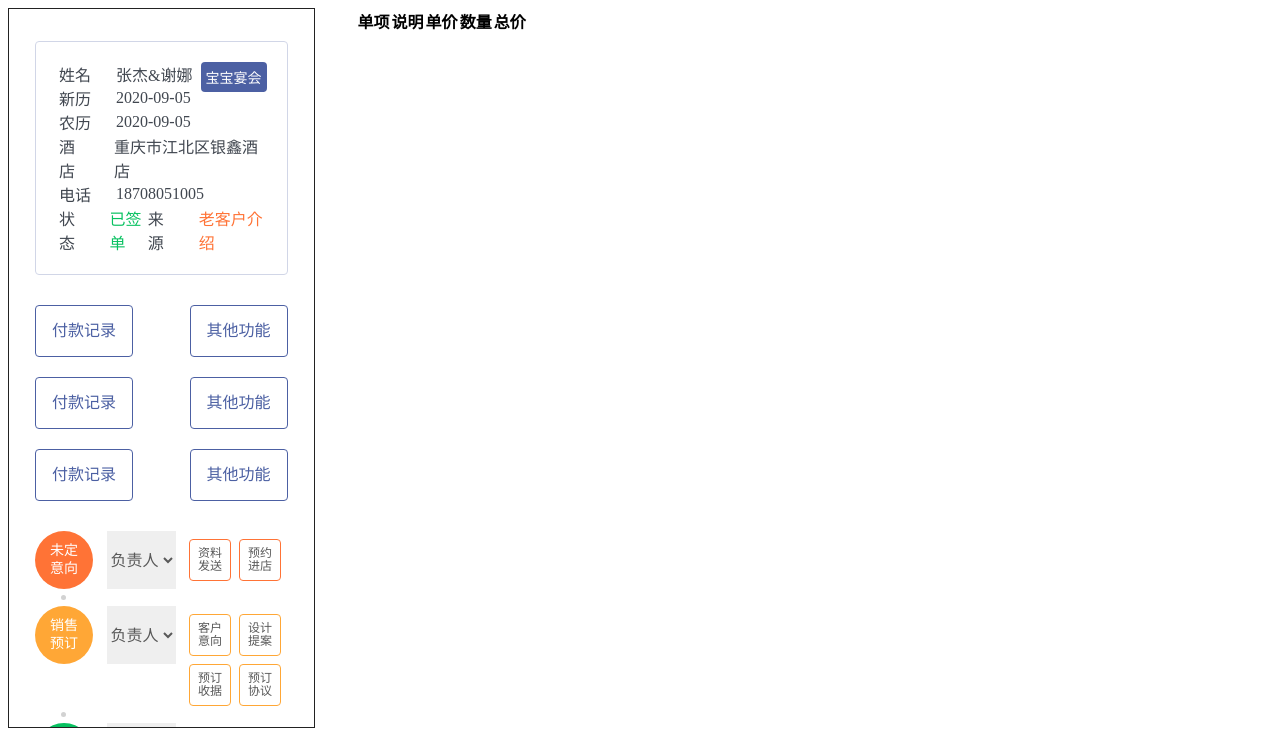
Repository: Lairuola/wedding-1
Page: index.html
These files come from the project's save history. The page is drawn as it stood at one moment and after the next save; the edit follows.
The browser window is 1280 px wide. The pictures show the whole page.

Above is the page before, as saved 2020-12-24 15:33:57.

### index.html
<!--
 * @Author       : 濑若拉
 * @Date         : 2020-12-17 10:22:14
 * @LastEditors  : 濑若拉
 * @LastEditTime : 2020-12-24 15:33:57
 * @FilePath     : /slidebar/index.html
-->


<!DOCTYPE html>
<html lang="en">

<head>
  <meta charset="UTF-8">
  <meta name="viewport" content="width=device-width, initial-scale=1.0">
  <title>Document</title>
  <style>
    .slide-left {
      width: 402px;
      height: 100vh;
      box-sizing: border-box;
      padding: 32px 26px;
      overflow-y: auto;
      display: flex;
      flex-direction: column;
      align-items: center;
      border: 1px solid #222;
    }

    .info {
      width: 100%;
      height: 328px;
      display: flex;
      flex-direction: column;
      justify-content: space-between;
      padding: 20px 23px;
      position: relative;
      box-sizing: border-box;
      border-radius: 4px;
      border: solid 1px #d1d6e7;
    }

    .info .row {
      width: 100%;
      display: flex;
      font-size: 16px;
      color: #414750;
      flex-direction: row;
      align-items: center;
    }

    .info .row .label,
    .info .end-row .item .label {
      margin-right: 25px;
    }

    .info .end-row {
      width: 100%;
      display: flex;
      flex-direction: row;
      align-items: center;
      justify-content: space-between;
      font-size: 16px;
      color: #414750;
    }

    .info .end-row .item {
      display: flex;
      flex-direction: row;
      align-items: center;
      font-size: 16px;
      color: #414750;
    }

    .info .info-tag {
      padding: 5px;
      background-color: #4c60a3;
      border-radius: 4px;
      font-size: 14px;
      color: #fff;
      position: absolute;
      top: 20px;
      right: 20px;
    }

    .btn-area {
      width: 100%;
      display: flex;
      flex-direction: row;
      align-items: center;
      justify-content: space-between;
      flex-wrap: wrap;
      margin-top: 10px;
      margin-bottom: 30px;
    }

    .btn-area .btn {
      width: 96px;
      height: 50px;
      background-color: #ffffff;
      border-radius: 4px;
      border: solid 1px #4c60a3;
      font-size: 16px;
      color: #4c60a3;
      text-align: center;
      line-height: 50px;
      margin-top: 20px;
    }

    .bot-area {
      width: 100%;
      display: flex;
      flex-direction: column;
    }

    .bot-area .item {
      width: 100%;
      display: flex;
      flex-direction: row;
      position: relative;
      padding-bottom: 17px;
    }

    .bot-area .item .circle {
      width: 58px;
      height: 58px;
      color: #fff;
      border-radius: 100%;
      display: flex;
      align-items: center;
      justify-content: center;
    }

    .bot-area .item .circle .text {
      width: 28px;
      height: 36px;
      font-size: 14px;
      line-height: 18px;
    }

    .bot-area .item .select-wrap {
      width: 96px;
      text-align: center;
    }

    .bot-area .item .select-wrap .bot-select {
      border: none;
      outline: none;
      color: #595959;
      font-size: 16px;
      height: 58px;
    }

    .bot-area .item .btn-row {
      flex: 1;
      display: flex;
      flex-direction: row;
      flex-wrap: wrap;
      margin-right: -8px;
    }

    .bot-area .item .btn-row .btn {
      width: 40px;
      height: 40px;
      border-radius: 4px;
      margin-right: 8px;
      border: 1px solid;
      display: flex;
      align-items: center;
      justify-content: center;
      margin-top: 8px;
      color: #595959;
    }

    .bot-area .item .btn-row .btn .word {
      width: 24px;
      height: 26px;
      font-size: 12px;
      line-height: 13px;
      letter-spacing: 0px;
    }

    .bot-area .item .dot {
      width: 5px;
      height: 5px;
      background-color: #d2d2d2;
      border-radius: 100%;
      position: absolute;
      bottom: 6px;
      left: 26px;
    }

    .bot-area .item .btn-row .btn.orange {
      border-color: #ff7336;
    }

    .bot-area .item .btn-row .btn.orange:hover {
      background-color: #ff7336;
      color: #fff;
    }

    .bot-area .item .btn-row .btn.yellow {
      border-color: #ffa736;
    }

    .bot-area .item .btn-row .btn.yellow:hover {
      background-color: #ffa736;
      color: #fff;
    }

    .bot-area .item .btn-row .btn.green {
      border-color: #07c160;
    }

    .bot-area .item .btn-row .btn.green:hover {
      background-color: #07c160;
      color: #fff;
    }

    .bot-area .item .btn-row .btn.aqua {
      border-color: #0bc8cb;
    }

    .bot-area .item .btn-row .btn.aqua:hover {
      background-color: #0bc8cb;
      color: #fff;
    }

    .bot-area .item .btn-row .btn.blue {
      border-color: #3d9bfb;
    }

    .bot-area .item .btn-row .btn.blue:hover {
      background-color: #3d9bfb;
      color: #fff;
    }

    .bot-area .item .btn-row .btn.cornflowerblue {
      border-color: #4c60a3;
    }

    .bot-area .item .btn-row .btn.cornflowerblue:hover {
      background-color: #4c60a3;
      color: #fff;
    }

    .color-green {
      color: #07c160
    }

    .color-orange {
      color: #ff7336;
    }

    .bg-color-red {
      background-color: #ff7336;
    }

    .bg-color-yellow {
      background-color: #ffa736;
    }

    .bg-color-green {
      background-color: #07c160;
    }

    .bg-color-aqua {
      background-color: #0bc8cb;
    }

    .bg-color-blue {
      background-color: #3d9bfb;
    }

    .bg-color-cornflowerblue {
      background-color: #4c60a3;
    }
  </style>
  <style>
    .my-table {
      width: 100%;
      height: 80vh;
      display: flex;
      flex-direction: column;
      margin-left: 40px;
      /* border: 1px solid #222; */
      /* border: 1px solid #eff1f7; */
      border-collapse: collapse;
    }

    .my-table .rows {
      width: 100%;
      display: flex;
      flex-direction: row;
      align-items: center;
      /* border: 1px solid #eff1f7; */
    }

    .my-table .rows .item {
      flex: 1;
      border: 1px solid #222;
    }
  </style>
</head>

<body style="display: flex;flex-direction: row;">
  <div class="slide-left">
    <!-- 资料 -->
    <div class="info">
      <div class="row">
        <div class="label">姓名</div>
        <div class="content">张杰&谢娜</div>
      </div>
      <div class="row">
        <div class="label">新历</div>
        <div class="content">2020-09-05</div>
      </div>
      <div class="row">
        <div class="label">农历</div>
        <div class="content">2020-09-05</div>
      </div>
      <div class="row">
        <div class="label">酒店</div>
        <div class="content">重庆市江北区银鑫酒店</div>
      </div>
      <div class="row">
        <div class="label">电话</div>
        <div class="content">18708051005</div>
      </div>
      <div class="end-row">
        <div class="item">
          <div class="label">状态</div>
          <div class="content color-green">已签单</div>
        </div>
        <div class="item">
          <div class="label">来源</div>
          <div class="content color-orange">老客户介绍</div>
        </div>
      </div>
      <!-- tag -->
      <div class="info-tag">宝宝宴会</div>
    </div>
    <!-- btn-area -->
    <div class="btn-area">
      <div class="btn">付款记录</div>
      <div class="btn">其他功能</div>
      <div class="btn">付款记录</div>
      <div class="btn">其他功能</div>
      <div class="btn">付款记录</div>
      <div class="btn">其他功能</div>
    </div>
    <!-- bot-area -->
    <div class="bot-area">
      <div class="item">
        <div class="circle bg-color-red">
          <div class="text">未定意向</div>
        </div>
        <div class="select-wrap">
          <select class='bot-select' name="" id="">
            <option value="">负责人</option>
          </select>
        </div>
        <div class="btn-row">
          <div class="btn orange">
            <div class="word">资料发送</div>
          </div>
          <div class="btn orange">
            <div class="word">预约进店</div>
          </div>
        </div>
        <div class="dot"></div>
      </div>
      <div class="item">
        <div class="circle bg-color-yellow">
          <div class="text">销售预订</div>
        </div>
        <div class="select-wrap">
          <select class='bot-select' name="" id="">
            <option value="">负责人</option>
          </select>
        </div>
        <div class="btn-row">
          <div class="btn yellow">
            <div class="word">客户意向</div>
          </div>
          <div class="btn yellow">
            <div class="word">设计提案</div>
          </div>
          <div class="btn yellow">
            <div class="word">预订收据</div>
          </div>
          <div class="btn yellow">
            <div class="word">预订协议</div>
          </div>
        </div>
        <div class="dot"></div>
      </div>
      <div class="item">
        <div class="circle bg-color-green">
          <div class="text">设计策划</div>
        </div>
        <div class="select-wrap">
          <select class='bot-select' name="" id="">
            <option value="">负责人</option>
          </select>
        </div>
        <div class="btn-row">
          <div class="btn green">
            <div class="word">策划设计</div>
          </div>
          <div class="btn green">
            <div class="word">价格明细</div>
          </div>
          <div class="btn green">
            <div class="word">正式合同</div>
          </div>
          <div class="btn green">
            <div class="word">搭建清单</div>
          </div>
        </div>
        <div class="dot"></div>
      </div>
      <div class="item">
        <div class="circle bg-color-aqua">
          <div class="text">服务统筹</div>
        </div>
        <div class="select-wrap">
          <select class='bot-select' name="" id="">
            <option value="">负责人</option>
          </select>
        </div>
        <div class="btn-row">
          <div class="btn aqua">
            <div class="word">统筹服务</div>
          </div>
        </div>
        <div class="dot"></div>
      </div>
      <div class="item">
        <div class="circle bg-color-blue">
          <div class="text">执行搭建</div>
        </div>
        <div class="select-wrap">
          <select class='bot-select' name="" id="">
            <option value="">负责人</option>
          </select>
        </div>
        <div class="btn-row">
          <div class="btn blue">
            <div class="word">搭建确认</div>
          </div>
          <div class="btn blue">
            <div class="word">执行完成</div>
          </div>
        </div>
        <div class="dot"></div>
      </div>
      <div class="item">
        <div class="circle bg-color-cornflowerblue">
          <div class="text">成本结算</div>
        </div>
        <div class="select-wrap">
          <select class='bot-select' name="" id="">
            <option value="">负责人</option>
          </select>
        </div>
        <div class="btn-row">
          <div class="btn cornflowerblue">
            <div class="word">成本核算</div>
          </div>
        </div>
      </div>
    </div>
  </div>
  <table class="my-table">
    <td class="rows">
    <th class="item">单项</th>
    <th class="item">说明</th>
    <th class="item">单价</th>
    <th class="item">数量</th>
    <th class="item">总价</th>
    </td>
  </table>
</body>

</html>

After the next save:
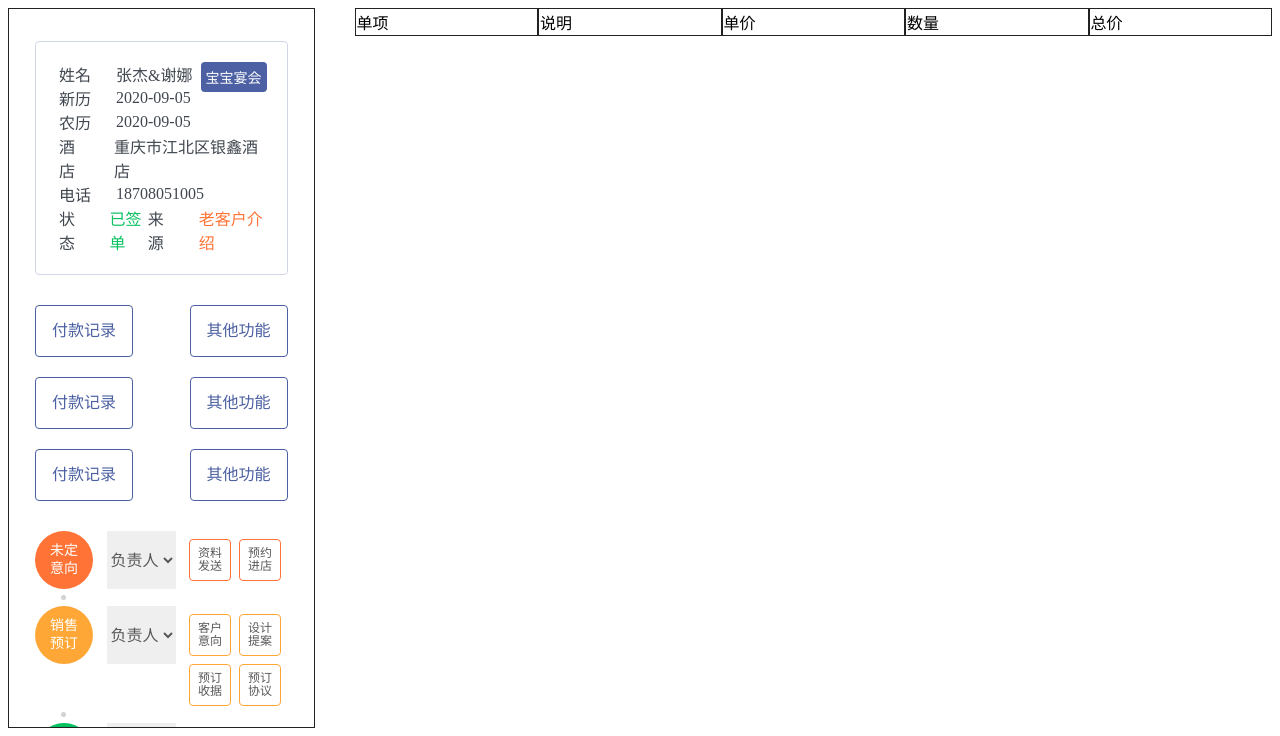
Saved 35 s later.
--- a/index.html
+++ b/index.html
@@ -2,7 +2,7 @@
  * @Author       : 濑若拉
  * @Date         : 2020-12-17 10:22:14
  * @LastEditors  : 濑若拉
- * @LastEditTime : 2020-12-24 15:33:57
+ * @LastEditTime : 2020-12-24 15:34:32
  * @FilePath     : /slidebar/index.html
 -->
 
@@ -473,13 +473,13 @@
     </div>
   </div>
   <table class="my-table">
-    <td class="rows">
-    <th class="item">单项</th>
-    <th class="item">说明</th>
-    <th class="item">单价</th>
-    <th class="item">数量</th>
-    <th class="item">总价</th>
-    </td>
+    <tr class="rows">
+      <td class="item">单项</td>
+      <td class="item">说明</td>
+      <td class="item">单价</td>
+      <td class="item">数量</td>
+      <td class="item">总价</td>
+    </tr>
   </table>
 </body>
 
